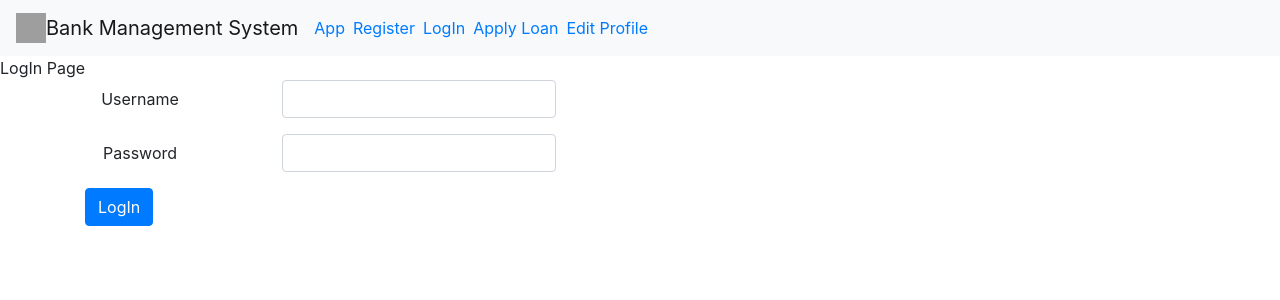
Repository: Nilkumar-Sharma/Bank-Management-System-Frontend-React
Page: /login
The author's editor kept a copy of each file at every save. The page is drawn from the files as they stood at one save, then again after the next save.
The browser window is 1280 px wide. The pictures show the whole page.
Pictures or frames that could not be fetched are drawn as grey boxes. The project was rebuilt for these pictures with package versions that can differ from the ones it lists, and the page was loaded fresh each time. Also part of the build but not shown: src/App.css, src/Counter/Counter.js, src/App.js, src/components/Register/Register.module.scss, src/components/Register/Register.js, src/components/LogIn/LogIn.module.scss, src/components/Loan/Loan.module.scss, src/components/Loan/Loan.js and 1 more.

Above is the page before, as saved 2020-07-28 13:44:10.

### src/index.js
import React from 'react';
import ReactDOM from 'react-dom';
import './index.css';
import App from './App';
import * as serviceWorker from './serviceWorker';
import { Provider } from 'react-redux'
import { createStore } from 'redux'
import rootReducer from './store/reducer'
import { BrowserRouter, Switch,Route,Link } from 'react-router-dom';
import Register from './components/Register/Register'
import { createBrowserHistory } from 'history';
import 'bootstrap/dist/css/bootstrap.min.css';
import LogIn from './components/LogIn/LogIn';
import Loan from './components/Loan/Loan'
import UpdateProfile from './components/Profile/UpdateProfile';

const store = createStore(rootReducer);
store.subscribe(_=>console.log(store.getState()))

ReactDOM.render(
  <Provider store={store}>
    <React.StrictMode>
      <BrowserRouter>

        <nav className="navbar navbar-expand-lg navbar-light bg-light ">
          {/* header */}
          <a className="navbar-brand" href="#">
            <img src="/docs/4.0/assets/brand/bootstrap-solid.svg" width="30" height="30" className="d-inline-block align-top" alt=""></img>
              Bank Management System
  </a>

          <ul className="navbar-nav  mr-auto">
          <li className="nav-item mr-2">
            <Link to="/">App</Link>
            </li>
            <li className="nav-item mr-2">
            <Link to="/register">Register</Link>
          </li>
            <li className="nav-item mr-2">
            <Link to="/login">LogIn</Link>
            </li>
            <li className="nav-item mr-2">
              <Link to="/loan">Apply Loan</Link>
            </li>
            <li className="nav-item mr-2">
              <Link to="/edit">Edit Profile</Link>
            </li>
          </ul>
        </nav>


      {/* A <Switch> looks through its children <Route>s and
            renders the first one that matches the current URL. */}
      <Switch>
        <Route exact path="/">
          <App />
          </Route>
          <Route exact path="/register">
            <Register />
          </Route>
          <Route path="/login">
            <LogIn/>
          </Route>
          <Route path="/loan">
            <Loan></Loan>
          </Route>
          <Route path="/edit">
            <UpdateProfile></UpdateProfile>
          </Route>
      </Switch>
      </BrowserRouter>
    </React.StrictMode>

  </Provider>,
  document.getElementById('root')
);

// If you want your app to work offline and load faster, you can change
// unregister() to register() below. Note this comes with some pitfalls.
// Learn more about service workers: https://bit.ly/CRA-PWA
serviceWorker.unregister();

### src/store/reducer.js
const initialState = {
    counter: 0
};

const rootReducer = (state = initialState, action) => {
    switch (action.type){
    case "INC":
            return { counter: state.counter + 1 }
        case "DEC":
            return { counter: state.counter - 1 }
        default:
            return state
}
}
export default rootReducer;

### src/components/LogIn/LogIn.js
import React, { Component } from 'react';
import InputField from '../Shared/InputField/InputField'
import style from './LogIn.module.scss';
import MyButton from '../Shared/MyButton/MyButton'
/**
 *  As a Customer, I should be able to register my details in the system so that I can
 * login into the system Acceptance criteria: Customer should be able register the details
 * in the system and it should be saved in the database. Customer should be able to login with
 * a User Id and Password that exists in database.
 * On clicking logout the session should be invalidated and login page must be displayed Capture the
 * details like Name, Username, Password, Address, State, Country, Email Address, PAN, Contact No, DOB,
 * Account Type etc

*/
class LogIn extends Component{

    render() {
        return (<div>
            LogIn Page
            <div className="container">
                {/* <InputField Label="Name"></InputField> */}
                <InputField Label="Username"></InputField>
                <InputField Label="Password"></InputField>
                {/* <InputField Label="Address"></InputField>
                <InputField Label="State"></InputField>
                <InputField Label="Country"></InputField>
                <InputField Label="Email"></InputField>
                <InputField Label="Pan"></InputField>
                <InputField Label="Contact No."></InputField>
                <InputField Label="Dob"></InputField>
                <InputField Label="Account Type"></InputField> */}

                <MyButton label="LogIn"></MyButton>









                </div>
            </div>)
        }
}
export default LogIn;

### src/components/Shared/InputField/InputField.js
import React, { Component } from 'react';
import './InputField.css'
class InputField extends Component {
    static defaultProps = {
        type: "text",
        changes:(e)=>console.log(e.target),
        Label: "Label",
        classes: "",
        value: "",
        id: "setId",
        name: "name",
        PlaceHolder: "PlaceHolder Here",
    }
    constructor(props) {
        super(props);
        this.state = {
            value: ""
        }
        // this.props.PlaceHolder = this.props.Label;

    }
    handleChange(event) {
        this.setState({ value: event.target.value });
        this.props.changes(event);
    }

    render() {
        return (
            // <div className="container-fluid">
            <div className="row">
                <div class="form-group form-inline" >
                <div className="col-6">
                    <label htmlFor={this.props.id}>{this.props.Label}</label>

                </div>
                <div className="col-6">
                        <input className="form-control" name={this.props.name} id={this.props.id} type={this.props.type} onChange={
                        // (this.props.changes) || ((e)=>{this.setState({value:e.target.value})})
                        (event) =>
                            this.handleChange(event)
                    } placeholder={this.props.placeHolder} value={this.state.value}></input>

                    </div>
                </div>
            </div>
        )
    }
}
export default InputField;

### src/components/Shared/MyButton/MyButton.js
/**
 * @props label: name of the button || default is "Label"
 * @props classes: Class Name
 * @props onClick: a function || Default is console.log("clicked")
 *
 */
import React,{Component } from 'react';

class MyButton extends Component {
    static defaultProps = {
        clicked:() => console.log("clicked "),
        label:"Button Label",
        value: "",
        classes: "btn btn-primary"
    }
    constructor(props) {
        super(props);
        console.log(this.props)

    }
    render() {
        return <button className={this.props.classes} onClick={this.props.clicked} value={this.props.value} >{this.props.label}</button>
    }

}

export default MyButton;

### src/components/Shared/InputField/InputField.css
label{
    width: 10px;
    margin-left: 50px;
}
/*  */

Loaded but not shown: public/index.html (common file); src/index.css (common file); src/serviceWorker.js (common file)

After the next save:
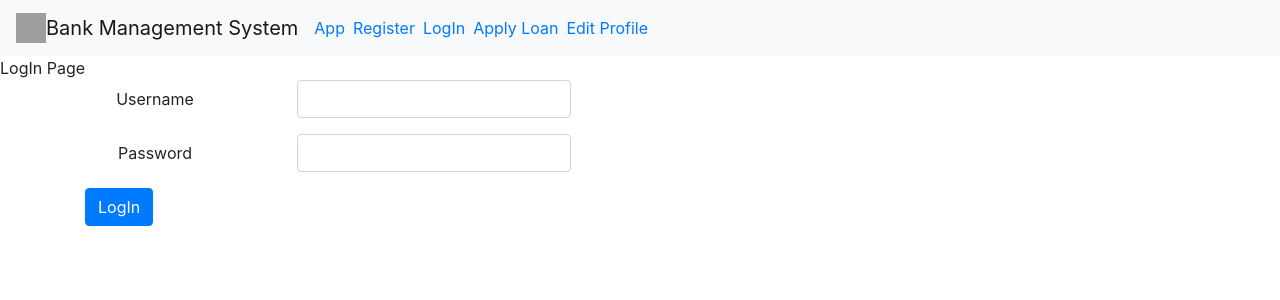
Saved 90 s later.
--- a/src/components/Shared/InputField/InputField.js
+++ b/src/components/Shared/InputField/InputField.js
@@ -26,7 +26,7 @@ class InputField extends Component {
 
     render() {
         return (
-            // <div className="container-fluid">
+            <div className="container">
             <div className="row">
                 <div class="form-group form-inline" >
                 <div className="col-6">
@@ -41,7 +41,8 @@ class InputField extends Component {
                     } placeholder={this.props.placeHolder} value={this.state.value}></input>
 
                     </div>
-                </div>
+                    </div>
+                    </div>
             </div>
         )
     }
